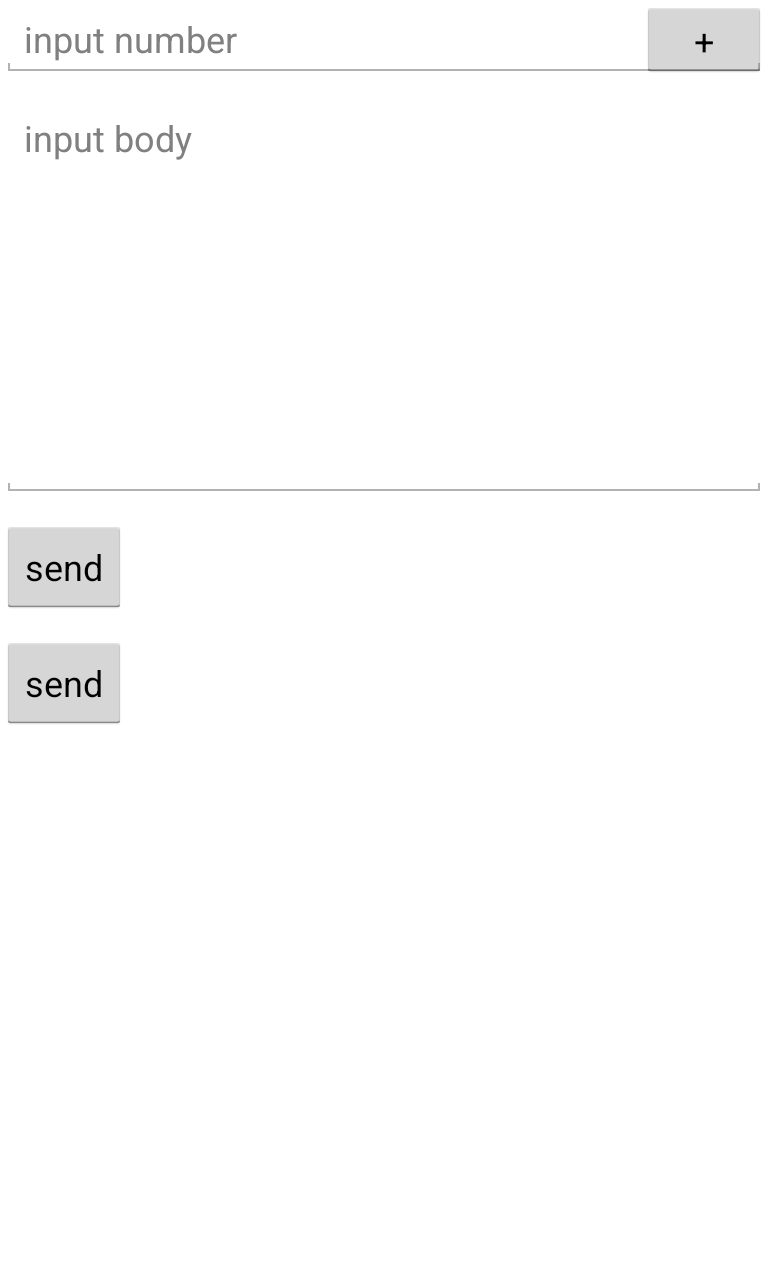
Repository: whoami-I/android
Layout: Activity/SendMessage/res/layout/activity_main.xml
These files come from the project's save history. The layout is drawn as it stood at one moment and after the next save; the edit follows.
It is drawn on a 768 x 1280 px phone screen (xhdpi) without system bars, with theme AppTheme; the app's code is not run.

Above is the layout before, as saved 2018-11-02 09:11:01.

### Activity/SendMessage/res/layout/activity_main.xml
<LinearLayout xmlns:android="http://schemas.android.com/apk/res/android"
    xmlns:tools="http://schemas.android.com/tools"
    android:layout_width="match_parent"
    android:layout_height="match_parent"
    android:orientation="vertical" >

    <RelativeLayout
        android:layout_width="match_parent"
        android:layout_height="wrap_content" >

        <EditText
            android:id="@+id/et_number"
            android:layout_width="match_parent"
            android:layout_height="wrap_content"
            android:hint="input number" />

        <Button
            android:id="@+id/btn_add"
            android:layout_width="wrap_content"
            android:layout_height="wrap_content"
            android:layout_alignBottom="@id/et_number"
            android:layout_alignParentRight="true"
            android:onClick="click_add"
            android:text="+" />
    </RelativeLayout>

    <EditText
        android:id="@+id/et_smsBody"
        android:layout_width="match_parent"
        android:layout_height="200dp"
        android:layout_marginTop="10dp"
        android:gravity="top"
        android:hint="input body" />

    <Button
        android:layout_width="wrap_content"
        android:layout_height="wrap_content"
        android:layout_marginTop="10dp"
        android:onClick="click_send"
        android:text="send" />

    <Button
        android:layout_width="wrap_content"
        android:layout_height="wrap_content"
        android:layout_marginTop="10dp"
        android:onClick="click_send"
        android:text="send" />

</LinearLayout>

Loaded but not shown: Activity/SendMessage/res/values/styles.xml (common file); Activity/SendMessage/res/values-v11/styles.xml (common file); Activity/SendMessage/res/values-v14/styles.xml (common file)

After the next save:
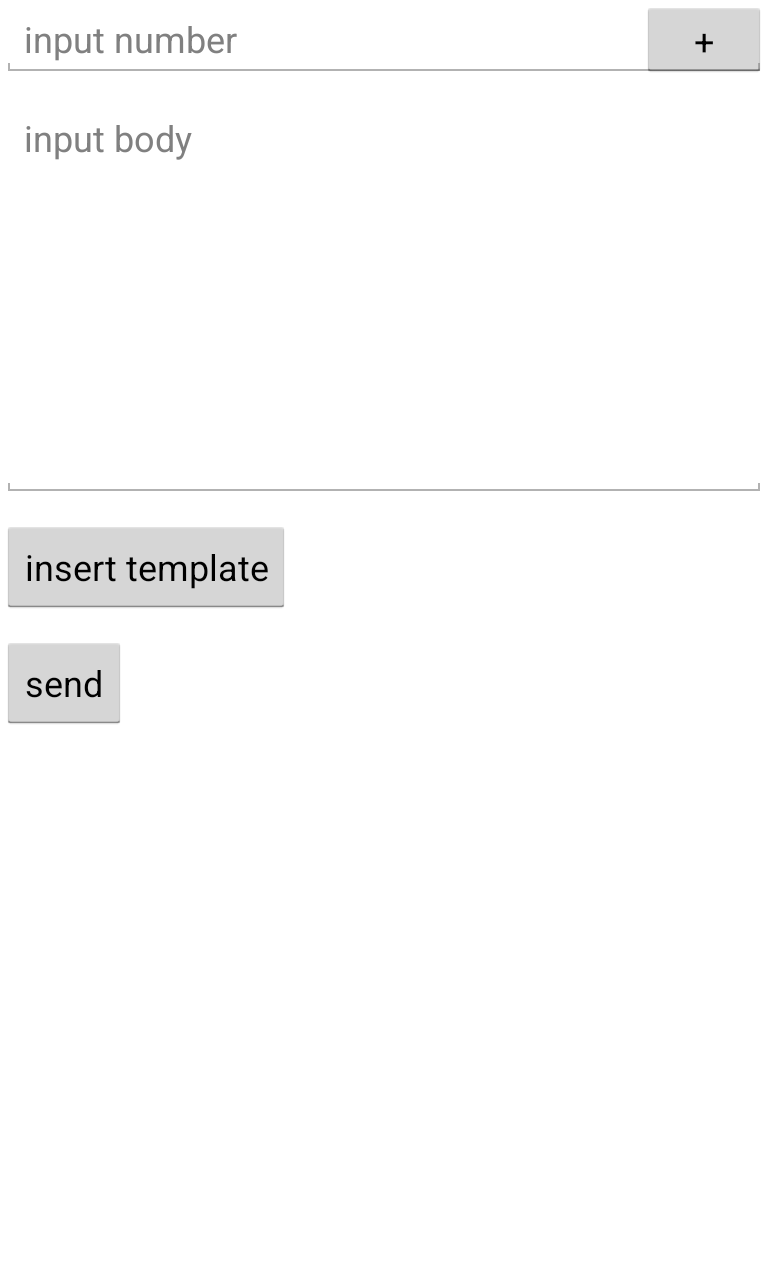
Saved 33 s later.
--- a/Activity/SendMessage/res/layout/activity_main.xml
+++ b/Activity/SendMessage/res/layout/activity_main.xml
@@ -36,8 +36,8 @@
         android:layout_width="wrap_content"
         android:layout_height="wrap_content"
         android:layout_marginTop="10dp"
-        android:onClick="click_send"
-        android:text="send" />
+        android:onClick="clickInsertTemplate"
+        android:text="insert template" />
 
     <Button
         android:layout_width="wrap_content"
